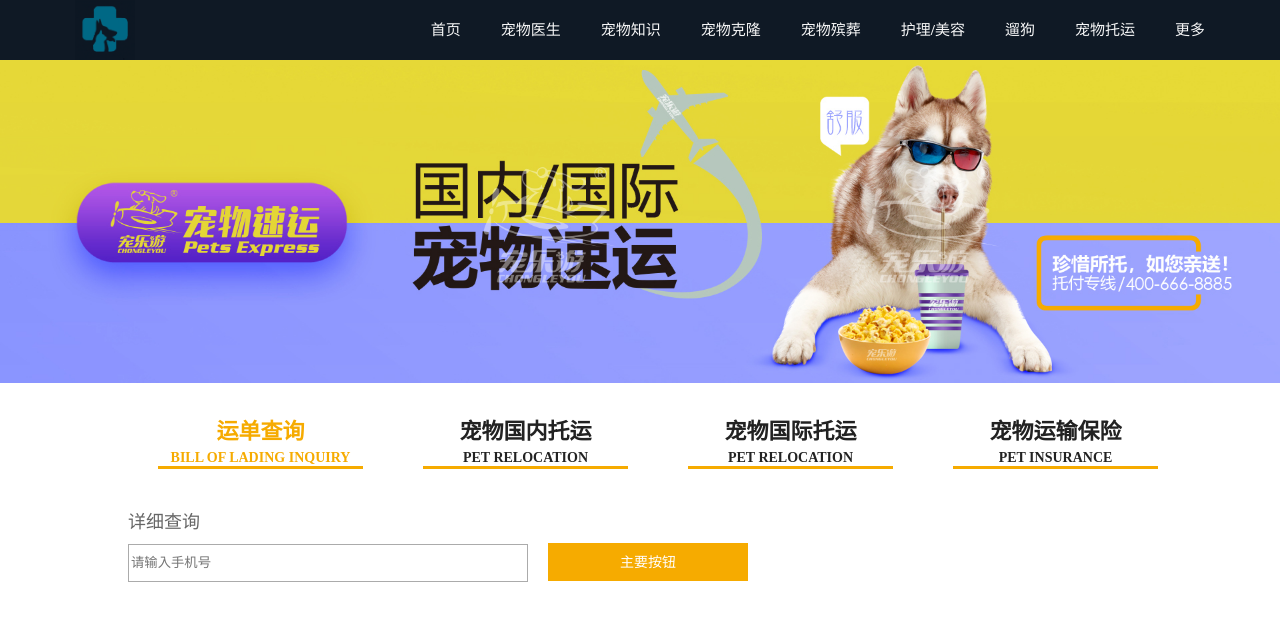
Repository: Sharang-heng/pet-hospital
Page: /petTransport
These files come from the project's save history. The page is drawn as it stood at one moment and after the next save; the edit follows.
The browser window is 1280 px wide. The pictures show the whole page.
The project was rebuilt for these pictures with package versions that can differ from the ones it lists, and the page was loaded fresh each time. Also part of the build but not shown: vue.config.js, src/components/home_short.vue, src/views/HomePage.vue, src/components/footer.vue, src/views/counsel.vue, src/views/doctor.vue, src/views/knowledge.vue, src/views/clone.vue and 13 more. Imported but missing from the stored project, and not drawn on this page: src/assets/video/homepage.mp4.

Above is the page before, as saved 2021-01-13 18:14:45.

After the next save:
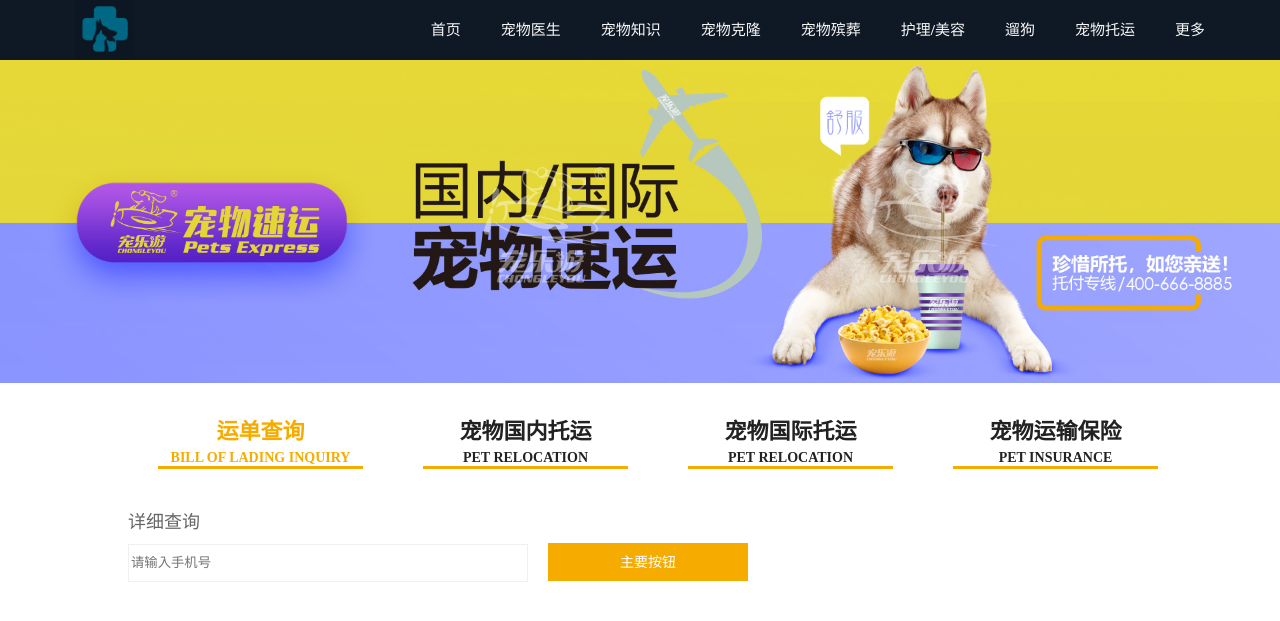
Saved 12 s later.
--- a/src/views/petTransport.vue
+++ b/src/views/petTransport.vue
@@ -105,7 +105,7 @@
       width: 400px;
       height: 38px;
       margin: 0 20px 0 0;
-      border:1px solid #ababab;
+      border:1px solid #f0f0f0;
     }
 
     .send_button {
